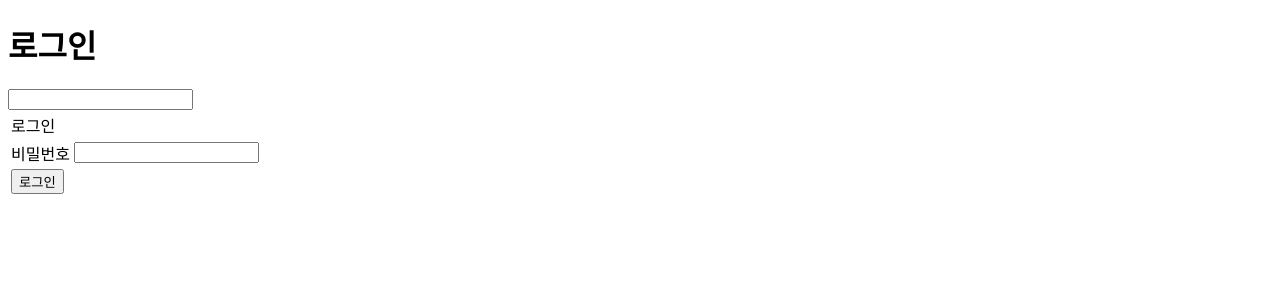
Repository: Yousehyeon/spring_work
Page: stsMvcProj/src/main/webapp/views/cookie/login.html
An editor plug-in stored every save of this project. The page is shown before and after the next save, followed by the edit.
The browser window is 1280 px wide. The pictures show the whole page.

Above is the page before, as saved 2023-08-22 08:30:15.

### stsMvcProj/src/main/webapp/views/cookie/login.html
<!DOCTYPE html>
<html xmlns="http://www.thymeleaf.org">
<head>
<meta charset="UTF-8">
<title>로그인</title>
</head>
<body>
<h1>로그인</h1>
<form action="loginReg" method="post">
    <table>
        <tr>
            <td>로그인</td>
            <input type="text" name="lid">
        </tr>
        <tr>
            <td>비밀번호</td>
            <td><input type="password" name="lpw"></td>
        </tr>
        <tr>
            <td><input type="submit" value="로그인"></td>
        </tr>
    </table>
</form>
</body>
</html>

After the next save:
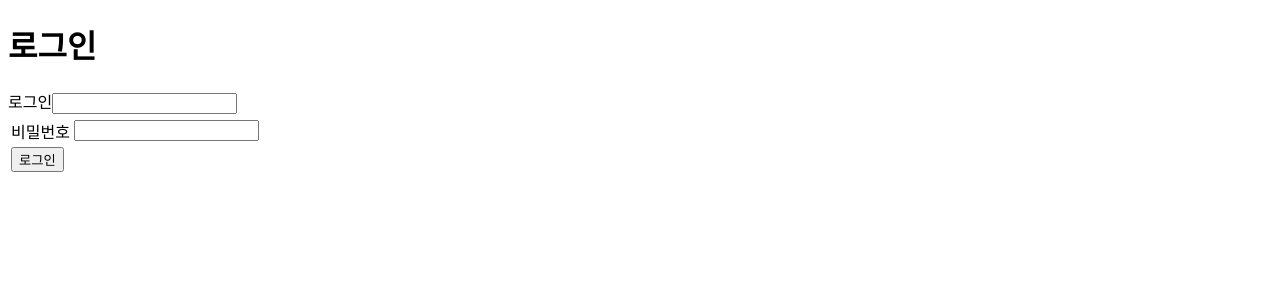
Saved 13 s later.
--- a/stsMvcProj/src/main/webapp/views/cookie/login.html
+++ b/stsMvcProj/src/main/webapp/views/cookie/login.html
@@ -9,8 +9,7 @@
 <form action="loginReg" method="post">
     <table>
         <tr>
-            <td>로그인</td>
-            <input type="text" name="lid">
+			로그인<input type="text" name="lid">
         </tr>
         <tr>
             <td>비밀번호</td>
